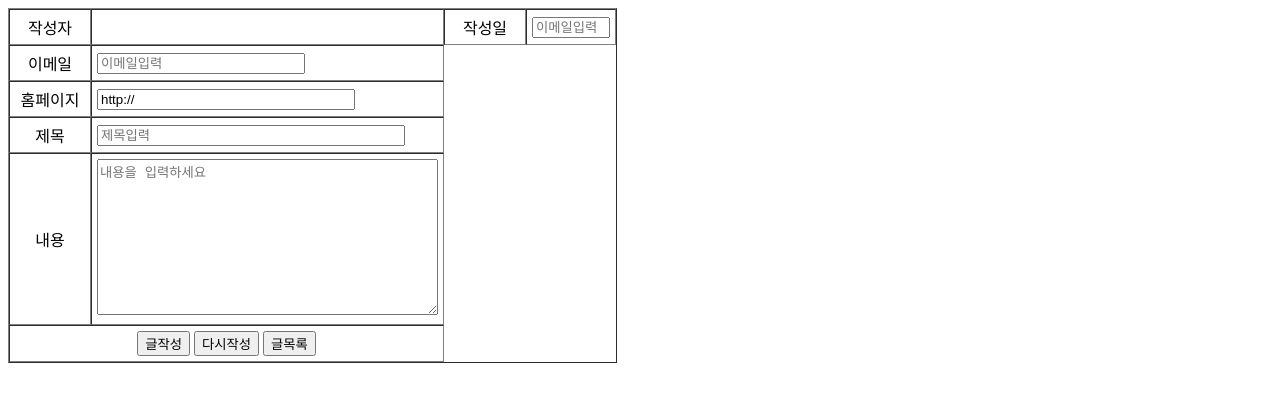
Repository: kimsuel/java-ee-practice
Page: guestbookservlet/WebContent/guestbook/guestbookList.html
These files come from the project's save history. The page is drawn as it stood at one moment and after the next save; the edit follows.
The browser window is 1280 px wide. The pictures show the whole page.

Above is the page before, as saved 2018-06-20 07:38:20.

### guestbookservlet/WebContent/guestbook/guestbookList.html
<!DOCTYPE html>
<html>
<head>
<meta charset="UTF-8">
<title>글 목록</title>
</head>
<body>
	<table border="1" cellpadding="5" cellspacing="0">
			<tr>
				<td width="70" align="center">작성자</td>
				<td width="70"></td>
				<td width="70" align="center">작성일</td>
				<td><input type="text" name="email" style="width:70px" placeholder="이메일입력"></td>
			</tr>
			<tr>
				<td align="center">이메일</td>
				<td><input type="text" name="email" style="width:200px" placeholder="이메일입력"></td>
			</tr>
			<tr>
				<td align="center">홈페이지</td>
				<td><input type="text" name="homepage" style="width: 250px" value="http://"></td>
			</tr>
			<tr>
				<td align="center">제목</td>
				<td><input type="text" style="width: 300px" name="subject" placeholder="제목입력"></td>
			</tr>
			<tr>
				<td align="center">내용</td>
				<td><textarea cols="40" rows="10" name="content" placeholder="내용을 입력하세요"></textarea></td>
			</tr>

			<tr>
				<td colspan="2" align="center"><input type="button" value="글작성" onclick="javascript:check()">
								<input type="reset" value="다시작성">
								<input type="button" value="글목록" onclick="location.href='guestbookList.html'"></td>
			</tr>
		</table>
</body>
</html>

After the next save:
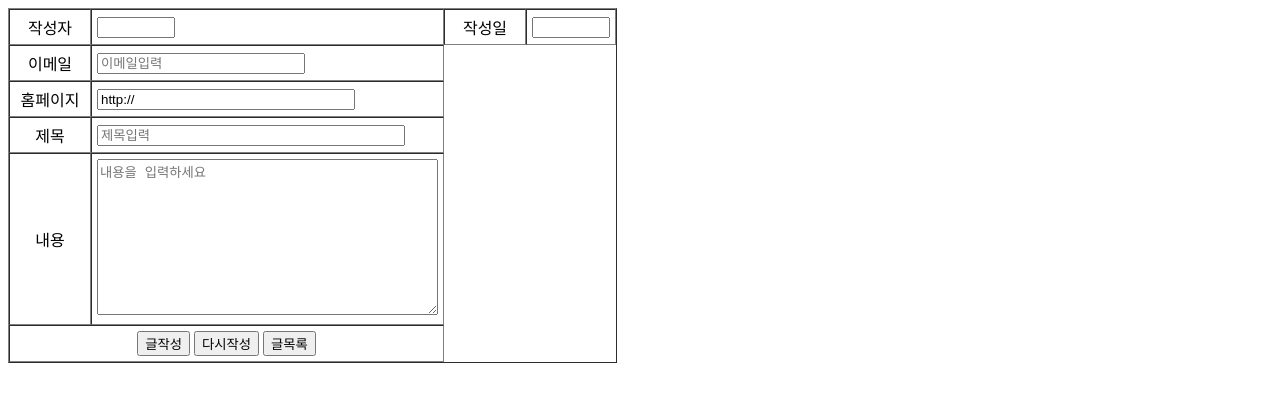
Saved 12 s later.
--- a/guestbookservlet/WebContent/guestbook/guestbookList.html
+++ b/guestbookservlet/WebContent/guestbook/guestbookList.html
@@ -8,9 +8,9 @@
 	<table border="1" cellpadding="5" cellspacing="0">
 			<tr>
 				<td width="70" align="center">작성자</td>
-				<td width="70"></td>
+				<td><input type="text" name="email" style="width:70px"></td>
 				<td width="70" align="center">작성일</td>
-				<td><input type="text" name="email" style="width:70px" placeholder="이메일입력"></td>
+				<td><input type="text" name="email" style="width:70px"></td>
 			</tr>
 			<tr>
 				<td align="center">이메일</td>
